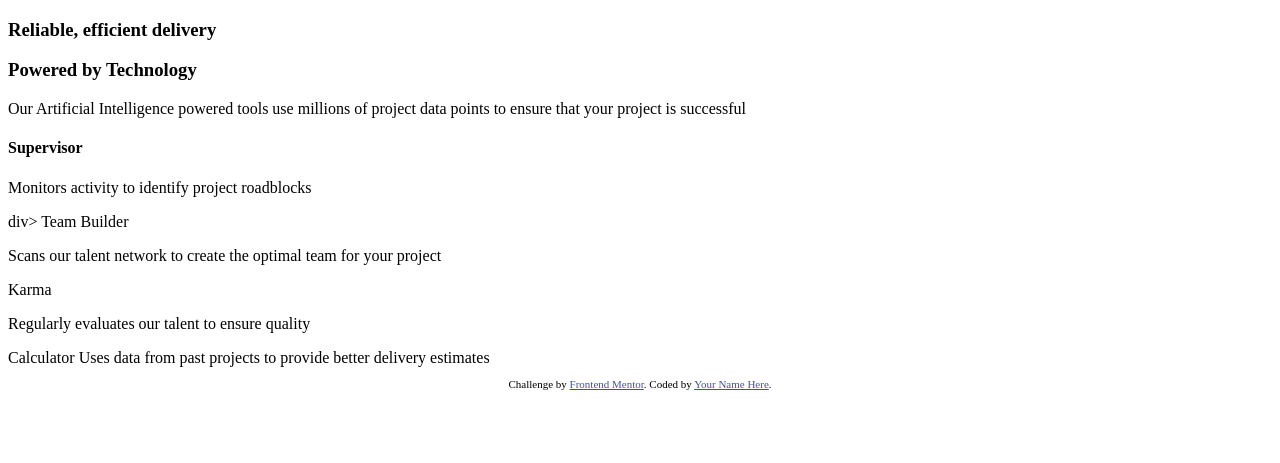
Repository: AngelaMwelu/four-card-page
Page: index.html
An editor plug-in stored every save of this project. The page is shown before and after the next save, followed by the edit.
The browser window is 1280 px wide. The pictures show the whole page.

Above is the page before, as saved 2025-05-14 09:58:07.

### index.html
<!DOCTYPE html>
<html lang="en">
<head>
  <meta charset="UTF-8">
  <meta name="viewport" content="width=device-width, initial-scale=1.0"> <!-- displays site properly based on user's device -->

  <link rel="icon" type="image/png" sizes="32x32" href="./images/favicon-32x32.png">

  <title>Frontend Mentor | Four card feature section</title>

  <!-- Feel free to remove these styles or customise in your own stylesheet 👍 -->
  <style>
    .attribution { font-size: 11px; text-align: center; }
    .attribution a { color: hsl(228, 45%, 44%); }
  </style>
</head>
<body>
  <div class="Card">
    <div class="about">
      <h3>Reliable, efficient delivery</h3>
      <h3>Powered by Technology</h3>

      <p>Our Artificial Intelligence powered tools use millions of project data points
       to ensure that your project is successful</p>
    </div>

    <div class="Supervisor">
      <h4>Supervisor</h4>
      <p>Monitors activity to identify project roadblocks</p>
    </div>div>
  </h4>Team Builder</h4>
  </p>Scans our talent network to create the optimal team for your project</p>

  </h4>Karma</h4>
  </p>Regularly evaluates our talent to ensure quality</p>

  </h4>Calculator</h4>
  Uses data from past projects to provide better delivery estimates
  </div>

  <footer>
    <p class="attribution">
      Challenge by <a href="https://www.frontendmentor.io?ref=challenge" target="_blank">Frontend Mentor</a>.
      Coded by <a href="#">Your Name Here</a>.
    </p>
  </footer>
</body>
</html>

After the next save:
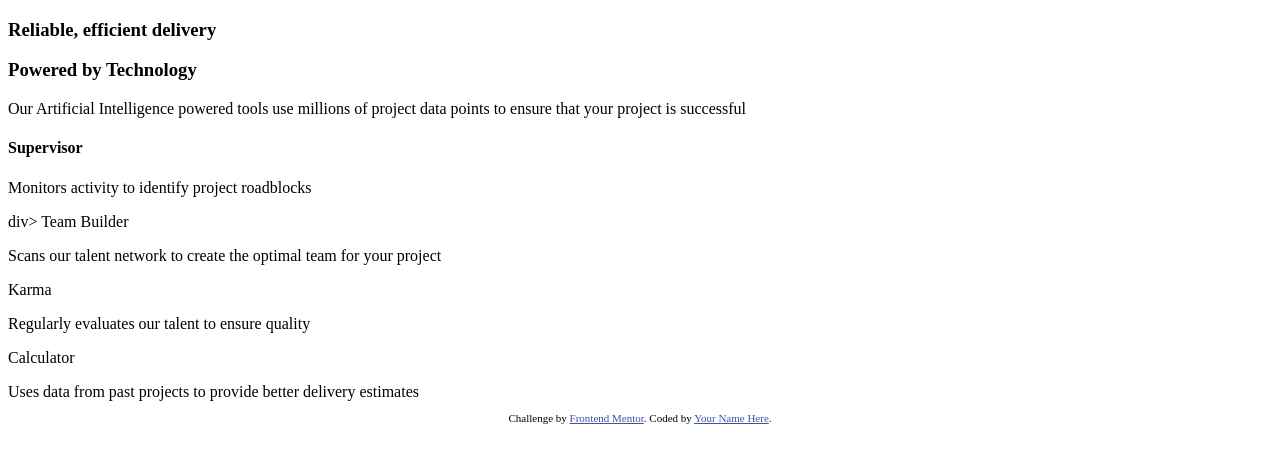
Saved 5 s later.
--- a/index.html
+++ b/index.html
@@ -35,7 +35,7 @@
   </p>Regularly evaluates our talent to ensure quality</p>
 
   </h4>Calculator</h4>
-  Uses data from past projects to provide better delivery estimates
+  </p>Uses data from past projects to provide better delivery estimates
   </div>
 
   <footer>
